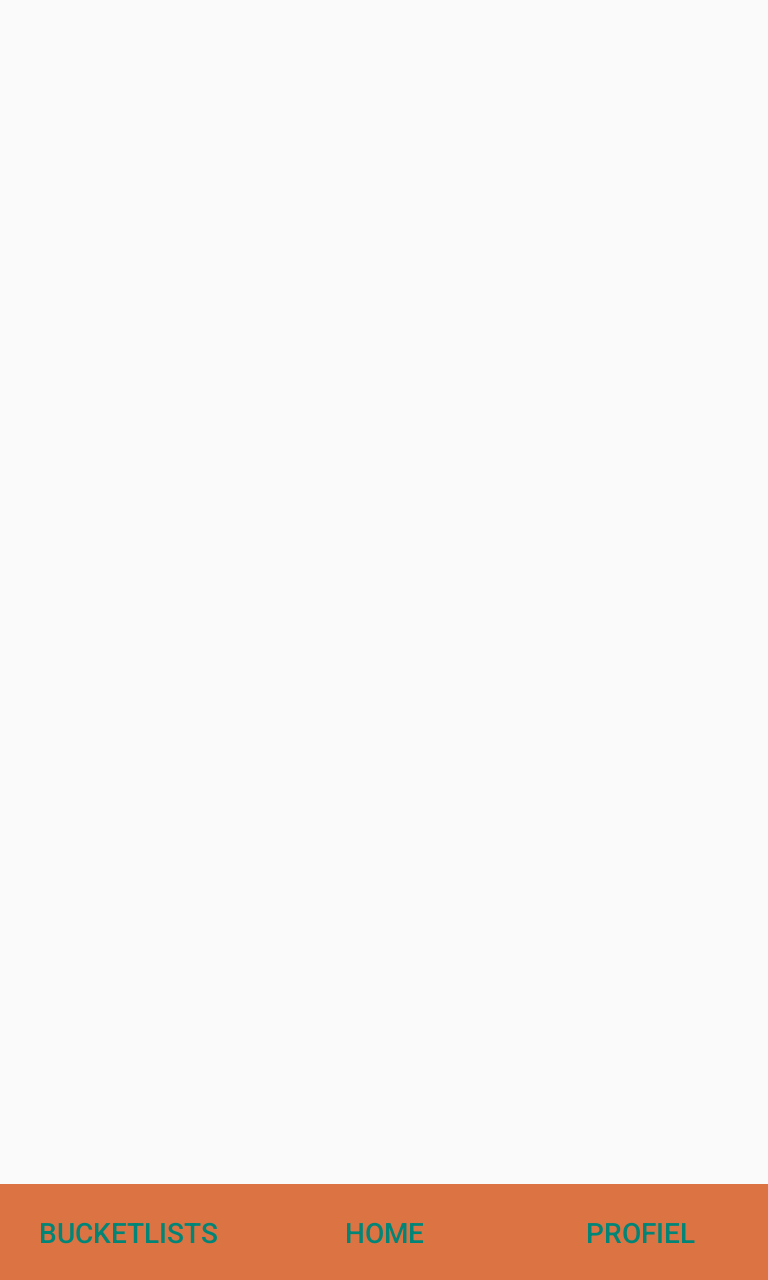
Repository: MarcSelles/BeatYourBucketAndroid
Layout: The_app/BeatYourBucket/res/layout/activity_primairy_buttons.xml
An editor plug-in stored every save of this project. The layout is shown before and after the next save, followed by the edit.
It is drawn on a 768 x 1280 px phone screen (xhdpi) without system bars, with theme AppTheme; the app's code is not run.

Above is the layout before, as saved 2015-01-27 10:47:36.

### The_app/BeatYourBucket/res/layout/activity_primairy_buttons.xml
<?xml version="1.0" encoding="utf-8"?>
<RelativeLayout xmlns:android="http://schemas.android.com/apk/res/android"
    android:id="@android:id/content"
    android:layout_width="fill_parent"
    android:layout_height="fill_parent" >

    <LinearLayout
        android:id="@android:id/tabcontent"
        android:layout_width="match_parent"
        android:layout_height="wrap_content"
        android:layout_above="@+id/tab_under"
        android:layout_alignParentTop="true"
        android:orientation="vertical" >
    </LinearLayout>

    <LinearLayout
        android:id="@+id/tab_under"
        android:layout_width="fill_parent"
        android:layout_height="wrap_content"
        android:layout_alignParentBottom="true"
        android:layout_gravity="bottom"
        android:gravity="center|bottom"
        android:orientation="horizontal" >

        <Button
            android:id="@+id/bucketlists"
            style="?android:attr/buttonBarButtonStyle"
            android:layout_width="0dp"
            android:layout_weight="0.33"
            android:layout_height="wrap_content"
            android:layout_gravity="center_horizontal|center"
            android:onClick="makeTabs"
            android:text="Bucketlists"
            android:background="#DB7343" />

        <Button
            android:id="@+id/newsfeed"
            style="?android:attr/buttonBarButtonStyle"
            android:layout_width="0dp"
            android:layout_weight="0.33"
            android:layout_height="wrap_content"
            android:layout_gravity="center_horizontal|center"
            android:onClick="makeTabs"
            android:text="Home"
            android:background="#DB7343" />

        <Button
            android:id="@+id/profile"
            style="?android:attr/buttonBarButtonStyle"
            android:layout_width="0dp"
            android:layout_weight="0.33"
            android:layout_height="wrap_content"
            android:layout_gravity="center_horizontal|center"
            android:onClick="makeTabs"
            android:text="Profiel"
            android:background="#DB7343" />
    </LinearLayout>

</RelativeLayout>

Loaded but not shown: The_app/BeatYourBucket/res/values/styles.xml (common file); The_app/BeatYourBucket/res/values-v11/styles.xml (common file); The_app/BeatYourBucket/res/values-v14/styles.xml (common file)

After the next save:
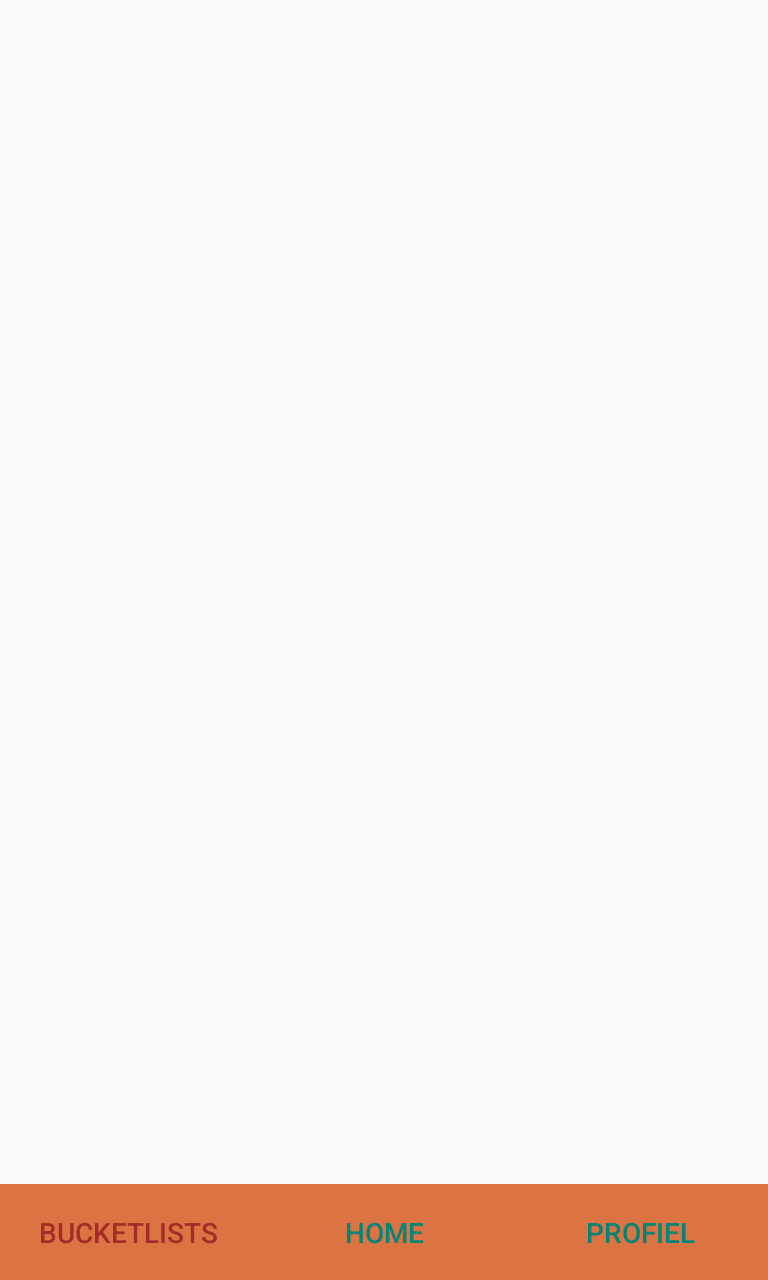
Saved 53 s later.
--- a/The_app/BeatYourBucket/res/layout/activity_primairy_buttons.xml
+++ b/The_app/BeatYourBucket/res/layout/activity_primairy_buttons.xml
@@ -31,7 +31,8 @@
             android:layout_gravity="center_horizontal|center"
             android:onClick="makeTabs"
             android:text="Bucketlists"
-            android:background="#DB7343" />
+            android:background="#DB7343"
+            android:textColor="#A52A2A" />
 
         <Button
             android:id="@+id/newsfeed"
